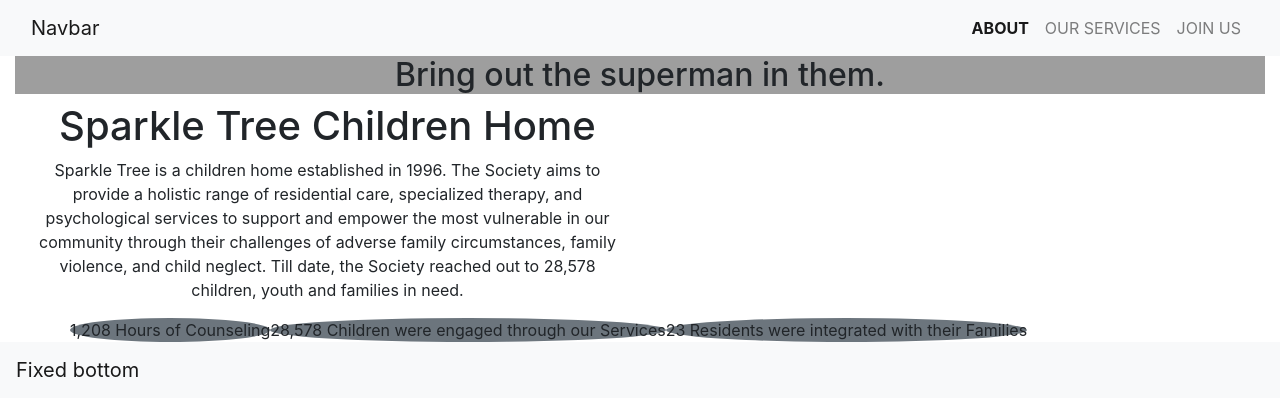
Repository: Code-Institute-Submissions/Jasonngyt-Project1
Page: index.html
The author's editor kept a record of every edit. The page is drawn from the files as they stood at one moment, then again after the next edit.
The browser window is 1280 px wide. The pictures show the whole page.
Pictures or frames that could not be fetched are drawn as grey boxes. Some web fonts or font styles are not loaded; a fallback is used. Some web libraries are served in a nearby version.

Above is the page before.

After the next edit:
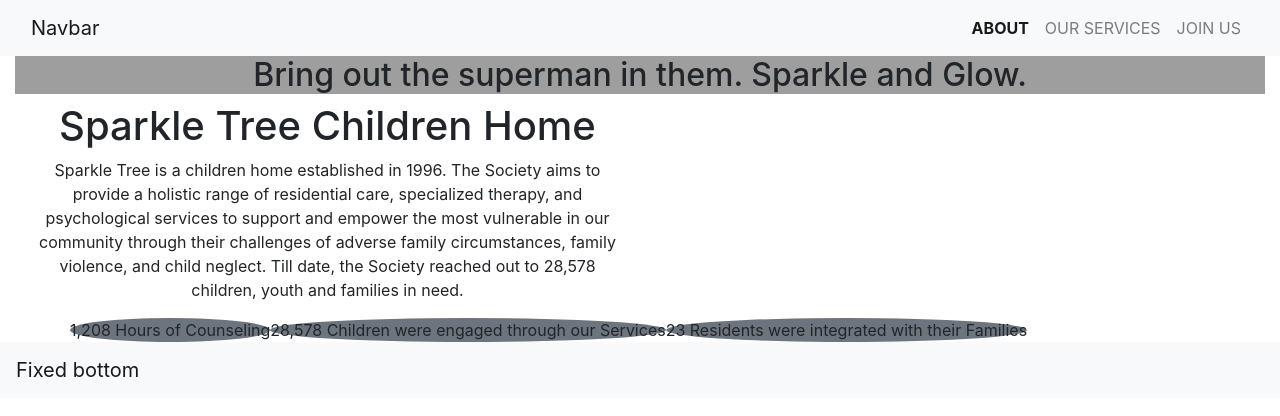
The edit:
--- a/index.html
+++ b/index.html
@@ -49,7 +49,7 @@
     <div class="container-fluid">
         <div class="bg">
             <div class="about_font text-center">
-                <h2>Bring out the superman in them.</h2>
+                <h2>Bring out the superman in them. Sparkle and Glow.</h2>
                 </div>
         </div>
     </div>
